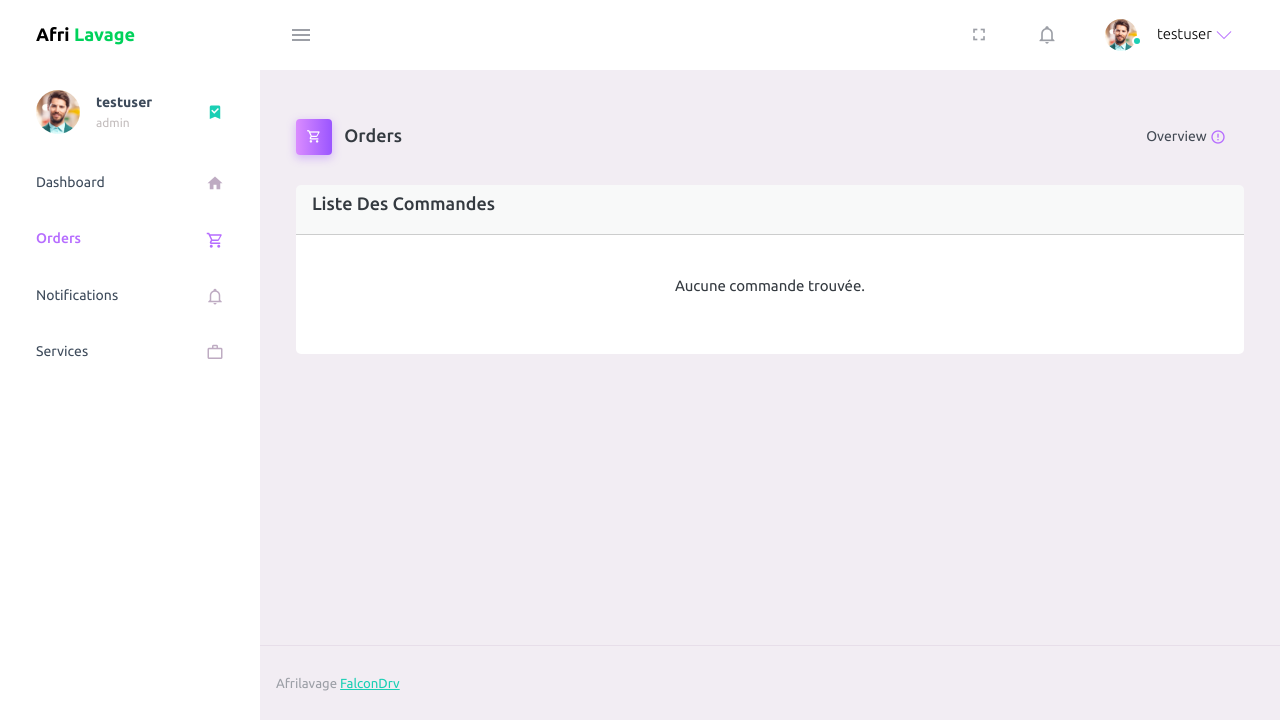
Repository: idir2023/afrilavage
Page: http://localhost/orders
An editor plug-in stored every save of this project. The page is shown before and after the next save, followed by the edit.
The browser window is 1280 px wide. The pictures show the whole page.
The page is served by the project's Laravel application, run on PHP 8.4 with Laravel 12. A made-up administrator, Test User (test@example.com), is signed in. Other server files are loaded and not shown. Queries for data that is not in the repository find no rows.

Above is the page before, as saved 2025-06-10 16:56:25.
Console error: TypeError: Cannot read properties of null (reading 'classList')

### routes/web.php
 <?php

    use Illuminate\Support\Facades\Route;
    use App\Http\Controllers\HomeController;
    use App\Http\Controllers\OrderController;
    use App\Http\Controllers\AdminController;
    use App\Http\Controllers\NotificationController;
    use App\Http\Controllers\ProfileController;
    use App\Http\Controllers\ServiceController;

    /*
|--------------------------------------------------------------------------
| Web Routes
|--------------------------------------------------------------------------
|
| Here is where you can register web routes for your application.
|
*/

    // Pages publiques
    Route::get('/', [HomeController::class, 'index'])->name('home');
    Route::get('/contact', [HomeController::class, 'contact'])->name('contact');
    Route::get('/about', [HomeController::class, 'about'])->name('about');
    Route::get('/service', [HomeController::class, 'service'])->name('service');
    Route::get('/order', [HomeController::class, 'order'])->name('order');
    Route::get('/tracking', [HomeController::class, 'tracking'])->name('tracking');
    Route::post('/order/save', [HomeController::class, 'store'])->name('order-store');

    // Gestion des commandes (CRUD)

    // Tableau de bord (admin)
    Route::middleware(['auth', 'verified', 'is_admin'])->group(function () {
        Route::get('/dashboard', [AdminController::class, 'index'])->name('dashboard');
        Route::resource('orders', OrderController::class);
        Route::post('/notifications/{id}/read', [OrderController::class, 'markAsRead'])->name('notifications.read');
        Route::resource('notifications', NotificationController::class);
        Route::resource('services', ServiceController::class);


        // Tu peux ajouter d'autres routes admin ici, par exemple :
        // Route::get('/users', [AdminController::class, 'users'])->name('admin.users');
    });

    // Profil utilisateur (authentifié)
    Route::middleware(['auth'])->group(function () {
        Route::get('/profile', [ProfileController::class, 'edit'])->name('profile.edit');
        Route::patch('/profile', [ProfileController::class, 'update'])->name('profile.update');
        Route::delete('/profile', [ProfileController::class, 'destroy'])->name('profile.destroy');
    });

    // Auth routes (login, register, etc.)
    require __DIR__ . '/auth.php';

### app/Models/User.php
<?php

namespace App\Models;

// use Illuminate\Contracts\Auth\MustVerifyEmail;
use Illuminate\Database\Eloquent\Factories\HasFactory;
use Illuminate\Foundation\Auth\User as Authenticatable;
use Illuminate\Notifications\Notifiable;

class User extends Authenticatable
{
    /** @use HasFactory<\Database\Factories\UserFactory> */
    use HasFactory, Notifiable;

    /**
     * The attributes that are mass assignable.
     *
     * @var list<string>
     */
    protected $fillable = [
        'username',
        'email',
        'phone',
        'password',
        'address',
        'role'
    ];


    /**
     * The attributes that should be hidden for serialization.
     *
     * @var list<string>
     */
    protected $hidden = [
        'password',
        'remember_token',
    ];

    /**
     * Get the attributes that should be cast.
     *
     * @return array<string, string>
     */
    protected function casts(): array
    {
        return [
            'email_verified_at' => 'datetime',
            'password' => 'hashed',
        ];
    }
}

### app/Http/Controllers/OrderController.php
<?php

namespace App\Http\Controllers;

use App\Models\Notification;
use App\Models\Order;
use Illuminate\Http\Request;

class OrderController extends Controller
{
    // Affiche la liste paginée des commandes
    public function index()
    {
        $orders = Order::paginate(15); // 15 commandes par page
        return view('admins.orders.index', compact('orders'));
    }


    public function show($id)
    {
        $order = Order::findOrFail($id);

        // Réponse uniquement en AJAX avec HTML directement ici
        if (request()->ajax()) {
            $html = '
        <div class="table-responsive">
            <table class="table table-bordered">
                <tr><th>ID</th><td>' . $order->id . '</td></tr>
                <tr><th>Client</th><td>' . ($order->user->username ?? 'N/A') . '</td></tr>
                <tr><th>Service</th><td>' . ucfirst($order->service_type) . '</td></tr>
                <tr><th>Date prévue</th><td>' . \Carbon\Carbon::parse($order->scheduled_date)->format('d/m/Y') . '</td></tr>
                <tr><th>Créneau horaire</th><td>' . $order->time_slot . '</td></tr>
                <tr><th>Status</th><td>' . ucfirst($order->status) . '</td></tr>
                <tr><th>Total</th><td>' . number_format($order->total_price, 2, ',', ' ') . ' €</td></tr>
            </table>
        </div>';

            return response()->json(['html' => $html]);
        }

        // Si jamais une requête non-AJAX est envoyée
        abort(404);
    }



    // Supprime une commande
    public function destroy($id)
    {
        $order = Order::findOrFail($id);
        $order->delete();

        return redirect()->route('orders.index')->with('success', 'Commande supprimée avec succès.');
    }

    public function markAsRead($id)
    {
        $notification = Notification::findOrFail($id);
        $notification->is_read = true;
        $notification->save();

        return response()->json(['success' => true]);
    }
}

### app/Models/Order.php
<?php

namespace App\Models;

use Illuminate\Database\Eloquent\Model;

class Order extends Model
{
    protected $fillable = [
        'user_id',
        'driver_id',

        'service_category',
        'service_type',
        'status',

        // Informations client
        'fullname',
        'phone',
        'address',
        'city',
        'zip',
        'delivery_instructions',

        // Programmation
        'scheduled_date',
        'time_slot',

        // Détails service
        'items',
        'service_options',
        'special_instructions',

        // Détails voiture
        'car_type',
        'car_model',

        // Détails pack
        'pack_people',
        'pack_frequency',

        // Tarification
        'base_price',
        'options_price',
        'discount_amount',
        'total_price',
        'promo_code',

        // Paiement
        'payment_method',
        'payment_status',

        // Dates clés
        'collected_at',
        'completed_at',
    ];


    protected $casts = [
        'items' => 'array',
        'scheduled_date' => 'date',
        'collected_at' => 'datetime',
        'completed_at' => 'datetime',
    ];

    public function user()
    {
        return $this->belongsTo(User::class);
    }

    public function driver()
    {
        return $this->belongsTo(User::class, 'driver_id');
    }
}

### resources/views/admins/layouts/master.blade.php
 <!DOCTYPE html>
 <html lang="en">

 <head>
     <!-- Required meta tags -->
     <meta charset="utf-8">
     <meta name="viewport" content="width=device-width, initial-scale=1, shrink-to-fit=no">
     <title>@yield('title')</title>
     <!-- plugins:css -->
     <link rel="stylesheet" href="{{ asset('admin/assets/vendors/mdi/css/materialdesignicons.min.css') }}">
     <link rel="stylesheet" href="{{ asset('admin/assets/vendors/ti-icons/css/themify-icons.css') }}">
     <link rel="stylesheet" href="{{ asset('admin/assets/vendors/css/vendor.bundle.base.css') }}">
     <link rel="stylesheet" href="{{ asset('admin/assets/vendors/font-awesome/css/font-awesome.min.css') }}">
     <!-- endinject -->
     <!-- Plugin css for this page -->
     <link rel="stylesheet" href="{{ asset('admin/assets/vendors/font-awesome/css/font-awesome.min.css') }}" />
     <link rel="stylesheet"
         href="{{ asset('admin/assets/vendors/bootstrap-datepicker/bootstrap-datepicker.min.css') }}">
     <!-- End plugin css for this page -->
     <!-- inject:css -->
     <!-- endinject -->
     <!-- Layout styles -->
     <link rel="stylesheet" href="{{ asset('admin/assets/css/style.css') }}">
     <!-- End layout styles -->
     <link rel="shortcut icon" href="{{ asset('admin/assets/images/favicon.png') }}" />
 </head>

 <body>
     <div class="container-scroller">

         <!-- partial:partials/_navbar.html -->
         @include('admins.layouts.header')
         <!-- partial -->
         <div class="container-fluid page-body-wrapper">
             <!-- partial:partials/_sidebar.html -->
             @include('admins.layouts.sidebar')
             <!-- partial -->
             <div class="main-panel">
                 <div class="content-wrapper">

                     @yield('content')
                 </div>
                 <!-- content-wrapper ends -->
                 <!-- partial:partials/_footer.html -->
                 @include('admins.layouts.footer')
                 <!-- partial -->
             </div>
             <!-- main-panel ends -->
         </div>
         <!-- page-body-wrapper ends -->
     </div>
     <!-- container-scroller -->
     <!-- plugins:js -->
     <script src="{{ asset('admin/assets/vendors/js/vendor.bundle.base.js') }}"></script>
     <!-- endinject -->
     <!-- Plugin js for this page -->
     <script src="{{ asset('admin/assets/vendors/chart.js/chart.umd.js') }}"></script>
     <script src="{{ asset('admin/assets/vendors/bootstrap-datepicker/bootstrap-datepicker.min.js') }}"></script>
     <!-- End plugin js for this page -->
     <!-- inject:js -->
     <script src="{{ asset('admin/assets/js/off-canvas.js') }}"></script>
     <script src="{{ asset('admin/assets/js/misc.js') }}"></script>
     <script src="{{ asset('admin/assets/js/settings.js') }}"></script>
     <script src="{{ asset('admin/assets/js/todolist.js') }}"></script>
     <script src="{{ asset('admin/assets/js/jquery.cookie.js') }}"></script>
     <!-- endinject -->
     <!-- Custom js for this page -->
     <script src="{{ asset('admin/assets/js/dashboard.js') }}"></script>
     <!-- End custom js for this page -->
     <script>
         $(document).ready(function() {
             $('.btn-read-notification').click(function(e) {
                 e.preventDefault();

                 let btn = $(this);
                 let notificationId = btn.data('id');

                 $.ajax({
                     url: `/notifications/${notificationId}/read`,
                     type: 'POST',
                     data: {
                         _token: '{{ csrf_token() }}'
                     },
                     success: function(response) {
                         if (response.success) {
                             btn.text('Read ✔').prop('disabled', true);
                             // Optionnel : retirer la notification de la liste ou modifier son style
                             btn.closest('.preview-item').fadeOut();
                             // Mettre à jour le compteur
                             let countElem = $('.count-symbol.bg-danger');
                             let count = parseInt(countElem.text());
                             if (count > 1) {
                                 countElem.text(count - 1);
                             } else {
                                 countElem.remove();
                             }
                         }
                     },
                     error: function() {
                         alert('Erreur lors de la mise à jour de la notification.');
                     }
                 });
             });
         });
     </script>

     @yield('scripts')
 </body>

 </html>

### resources/views/admins/layouts/header.blade.php
 <nav class="navbar default-layout-navbar col-lg-12 col-12 p-0 fixed-top d-flex flex-row">
     <div class="text-center navbar-brand-wrapper d-flex align-items-center justify-content-start">
         <a class="navbar-brand brand-logo" href="{{ route('dashboard') }}">
             <div class="nav-profile-image d-flex align-items-center">
                 <h4 class="m-0 font-weight-bold">
                     <span style="color: #000000;">Afri</span>
                     <span style="color: #00d25b;">Lavage</span>
                 </h4>
                 <span class="login-status online ms-2"></span>
             </div>

         </a>
         <a class="navbar-brand brand-logo-mini" href="{{ route('dashboard') }}">
             <div class="nav-profile-image d-flex align-items-center">
                 <h4 class="m-0 font-weight-bold">
                     <span style="color: #000000;">A</span>
                     <span style="color: #00d25b;">L</span>
                 </h4>
                 <span class="login-status online ms-2"></span>
             </div>
         </a>
     </div>

     <div class="navbar-menu-wrapper d-flex align-items-stretch">
         <button class="navbar-toggler align-self-center" type="button" data-toggle="minimize">
             <span class="mdi mdi-menu"></span>
         </button>

         {{-- <div class="search-field d-none d-md-block">
             <form class="d-flex align-items-center h-100" action="#">
                 <div class="input-group">
                     <div class="input-group-prepend bg-transparent">
                         <i class="input-group-text border-0 mdi mdi-magnify"></i>
                     </div>
                     <input type="text" class="form-control bg-transparent border-0" placeholder="Search projects" />
                 </div>
             </form>
         </div> --}}

         <ul class="navbar-nav navbar-nav-right">


             <!-- Fullscreen Button -->
             <li class="nav-item d-none d-lg-block full-screen-link">
                 <a class="nav-link" href="#">
                     <i class="mdi mdi-fullscreen" id="fullscreen-button"></i>
                 </a>
             </li>

             @php
                 use App\Models\Notification;

                 $notifications = Notification::with('order.user')
                     ->where('is_read', false)
                     ->orderBy('created_at', 'desc')
                     ->get();
             @endphp

             <!-- Notifications Dropdown -->
             <li class="nav-item dropdown">
                 <a class="nav-link count-indicator dropdown-toggle" id="notificationDropdown" href="#"
                     data-bs-toggle="dropdown" aria-expanded="false">
                     <i class="mdi mdi-bell-outline"></i>
                     @if ($notifications->count() > 0)
                         <span class="count-symbol bg-danger">{{ $notifications->count() }}</span>
                     @endif
                 </a>

                 <div class="dropdown-menu dropdown-menu-end navbar-dropdown preview-list"
                     aria-labelledby="notificationDropdown">
                     <h6 class="p-3 mb-0">Notifications</h6>
                     <div class="dropdown-divider"></div>

                     @forelse ($notifications as $notification)
                         <a href="#" class="dropdown-item preview-item">
                             <div class="preview-thumbnail">
                                 <div
                                     class="preview-icon
                                    @switch($notification->type)
                                        @case('order_created') bg-success @break
                                        @case('order_update') bg-warning @break
                                        @case('payment') bg-info @break
                                        @default bg-secondary
                                    @endswitch
                                ">
                                     <i class="mdi mdi-bell-ring"></i>
                                 </div>
                             </div>
                             <div class="preview-item-content d-flex flex-column justify-content-center">
                                 <h6 class="preview-subject font-weight-bold mb-1">{{ $notification->title }}</h6>
                                 <small class="text-muted mb-1">
                                     Commande par : <span
                                         class="text-primary">{{ $notification->order->user->username ?? 'Client inconnu' }}</span>
                                 </small>
                                 <small class="text-muted mb-1">
                                     Date commande :
                                     {{ $notification->order->created_at->format('d/m/Y H:i') ?? 'N/A' }}
                                 </small>
                                 <small class="text-muted">{{ $notification->created_at->diffForHumans() }}</small>
                                 <button class="btn-read-notification btn btn-sm btn-primary"
                                     data-id="{{ $notification->id }}" title="Marquer comme lu">
                                     <i class="mdi mdi-eye"></i>
                                 </button>

                             </div>
                         </a>
                         <div class="dropdown-divider"></div>
                     @empty
                         <p class="text-center p-3 mb-0">Aucune notification</p>
                     @endforelse

                     <h6 class="p-3 mb-0 text-center">
                         <a href="#">Voir toutes les notifications</a>
                     </h6>
                 </div>
             </li>

             <!-- Profile Dropdown -->
             <li class="nav-item nav-profile dropdown">
                 <a class="nav-link dropdown-toggle" id="profileDropdown" href="#" data-bs-toggle="dropdown"
                     aria-expanded="false">
                     <div class="nav-profile-img">
                         <img src="{{ asset('admin/assets/images/faces/face1.jpg') }}" alt="image" />
                         <span class="availability-status online"></span>
                     </div>
                     <div class="nav-profile-text">
                         <p class="mb-1 text-black">{{ Auth::user()->username }}</p>
                     </div>
                 </a>
                 <div class="dropdown-menu navbar-dropdown" aria-labelledby="profileDropdown">
                     <a class="dropdown-item" href="#">
                         <i class="mdi mdi-cached me-2 text-success"></i> Activity Log
                     </a>
                     <div class="dropdown-divider"></div>
                     <a class="dropdown-item" href="{{ route('logout') }}"
                         onclick="event.preventDefault(); document.getElementById('logout-form').submit();">
                         <i class="mdi mdi-logout me-2 text-primary"></i> Signout
                     </a>
                     <form id="logout-form" action="{{ route('logout') }}" method="POST" class="d-none">
                         @csrf
                     </form>
                 </div>
             </li>

         </ul>

         <button class="navbar-toggler navbar-toggler-right d-lg-none align-self-center" type="button"
             data-toggle="offcanvas">
             <span class="mdi mdi-menu"></span>
         </button>
     </div>
 </nav>

### app/Models/Notification.php
<?php

namespace App\Models;

use Illuminate\Database\Eloquent\Model;

class Notification extends Model
{
    // Si ta table s'appelle 'notifications', cette ligne est optionnelle
    protected $table = 'notifications';

    // Champs autorisés en mass assignment
    protected $fillable = [
        'user_id',
        'order_id',
        'type',
        'title',
        'message',
        'is_read',
    ];

    // Relation vers l'utilisateur
    public function user()
    {
        return $this->belongsTo(User::class);
    }


    // Relation vers la commande (optionnelle)
    public function order()
    {
        return $this->belongsTo(Order::class);
    }
}

### resources/views/admins/layouts/sidebar.blade.php
 <nav class="sidebar sidebar-offcanvas" id="sidebar">
     <ul class="nav">

         <li class="nav-item nav-profile">
             <a href="#" class="nav-link">
                 <div class="nav-profile-image">
                     <img src="{{ asset('admin/assets/images/faces/face1.jpg') }}" alt="profile" />
                     <span class="login-status online"></span>
                     <!-- change to offline or busy as needed -->
                 </div>
                 <div class="nav-profile-text d-flex flex-column">
                     <span class="font-weight-bold mb-2">{{ Auth::user()->username }}</span>
                     <span class="text-secondary text-small">{{ Auth::user()->role }}</span>
                 </div>
                 <i class="mdi mdi-bookmark-check text-success nav-profile-badge"></i>
             </a>
         </li>

         <li class="nav-item">
             <a class="nav-link" href="{{ route('dashboard') }}">
                 <span class="menu-title">Dashboard</span>
                 <i class="mdi mdi-home menu-icon"></i>
             </a>
         </li>

         <li class="nav-item">
             <a class="nav-link" href="{{ route('orders.index') }}">
                 <span class="menu-title">Orders</span>
                 {{-- <i class="mdi mdi-receipt menu-icon"></i> --}}
                 <i class="mdi mdi-cart-outline menu-icon"></i>

             </a>
         </li>

         <li class="nav-item">
             <a class="nav-link" href="{{ route('notifications.index') }}">
                 <span class="menu-title">Notifications</span>
                 <i class="mdi mdi-bell-outline menu-icon"></i>
             </a>
         </li>


         <li class="nav-item">
             <a class="nav-link" href="{{ route('services.index') }}">
                 <span class="menu-title">Services</span>
                 <i class="mdi mdi-briefcase-outline menu-icon"></i>
             </a>
         </li>


     </ul>
 </nav>

### resources/views/admins/layouts/footer.blade.php
          <footer class="footer">
              <div class="d-sm-flex justify-content-center justify-content-sm-between">
                  <span class="text-muted text-center text-sm-left d-block d-sm-inline-block"><span>Afri</span>lavage <a
                          href="https://www.instagram.com/falcondeev" target="_blank">FalconDrv</a>

              </div>
          </footer>

Loaded but not shown: routes/auth.php (common file); app/Http/Controllers/Auth/EmailVerificationPromptController.php (common file); app/Http/Controllers/Controller.php (common file); app/Http/Controllers/Auth/VerifyEmailController.php (common file); public/admin/assets/vendors/mdi/css/materialdesignicons.min.css (library); public/admin/assets/vendors/ti-icons/css/themify-icons.css (library); public/admin/assets/vendors/css/vendor.bundle.base.css (common file); public/admin/assets/vendors/font-awesome/css/font-awesome.min.css (library); public/admin/assets/vendors/bootstrap-datepicker/bootstrap-datepicker.min.css (library); public/admin/assets/css/style.css (library); public/admin/assets/vendors/js/vendor.bundle.base.js (library); public/admin/assets/vendors/chart.js/chart.umd.js (library); public/admin/assets/vendors/bootstrap-datepicker/bootstrap-datepicker.min.js (library); public/admin/assets/js/off-canvas.js (common file); public/admin/assets/js/jquery.cookie.js (library); public/admin/assets/js/dashboard.js (250 lines, source omitted); public/admin/assets/js/misc.js (122 lines, source omitted); public/admin/assets/js/settings.js (122 lines, source omitted); public/admin/assets/js/todolist.js (34 lines, source omitted); resources/views/admins/orders/index.blade.php (156 lines, source omitted)

After the next save:
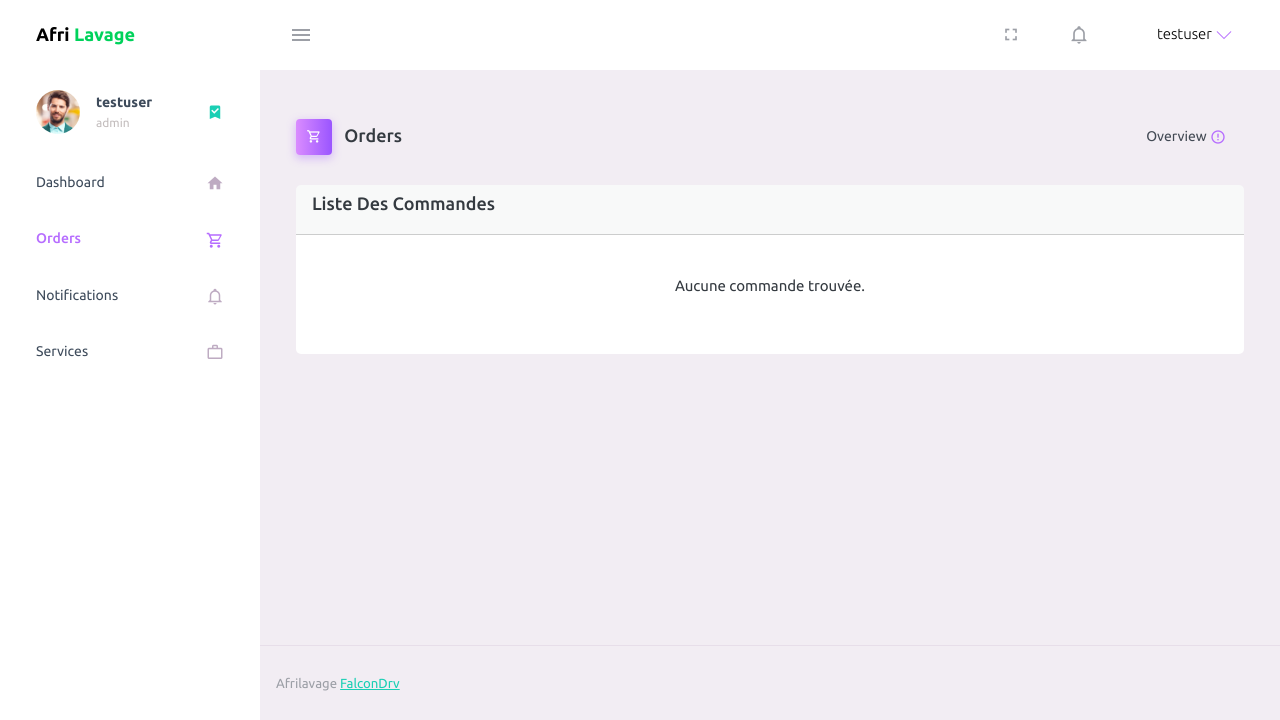
Saved 30 s later.
--- a/resources/views/admins/layouts/header.blade.php
+++ b/resources/views/admins/layouts/header.blade.php
@@ -119,10 +119,10 @@
              <li class="nav-item nav-profile dropdown">
                  <a class="nav-link dropdown-toggle" id="profileDropdown" href="#" data-bs-toggle="dropdown"
                      aria-expanded="false">
-                     <div class="nav-profile-img">
+                     {{-- <div class="nav-profile-img">
                          <img src="{{ asset('admin/assets/images/faces/face1.jpg') }}" alt="image" />
                          <span class="availability-status online"></span>
-                     </div>
+                     </div> --}}
                      <div class="nav-profile-text">
                          <p class="mb-1 text-black">{{ Auth::user()->username }}</p>
                      </div>
